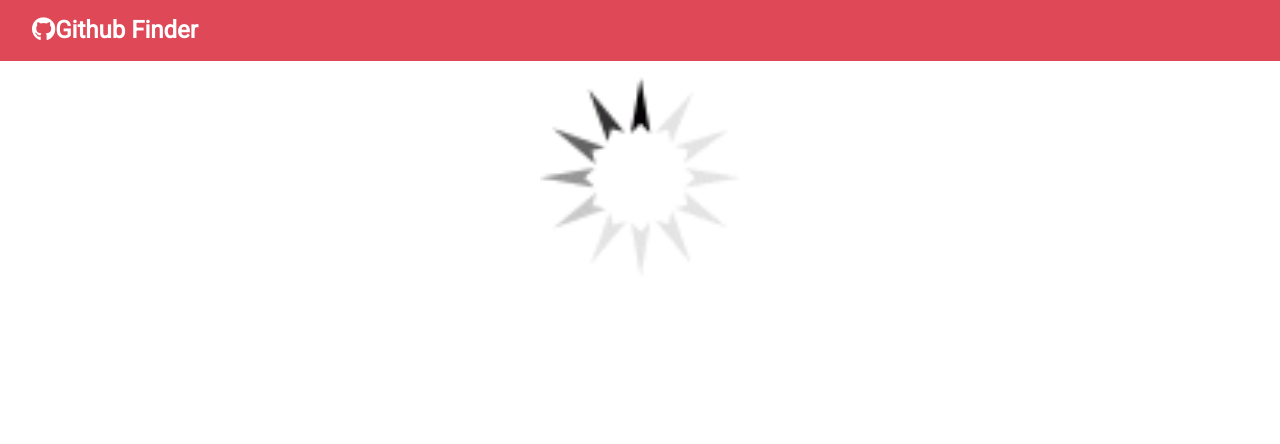
Repository: MANUCHANDRAN94/Github-Finder-React-
Page: /
The author's editor kept a copy of each file at every save. The page is drawn from the files as they stood at one save, then again after the next save.
The browser window is 1280 px wide. The pictures show the whole page.
The page's requests for data from a server got no answer. Some web libraries are served in a nearby version. The project was rebuilt for these pictures with package versions that can differ from the ones it lists, and the page was loaded fresh each time. No one was signed in, and anything a server would have sent is missing. Also part of the build but not shown: src/components/users/UserItem.js.

Above is the page before, as saved 2020-10-12 07:31:43.

After the next save:
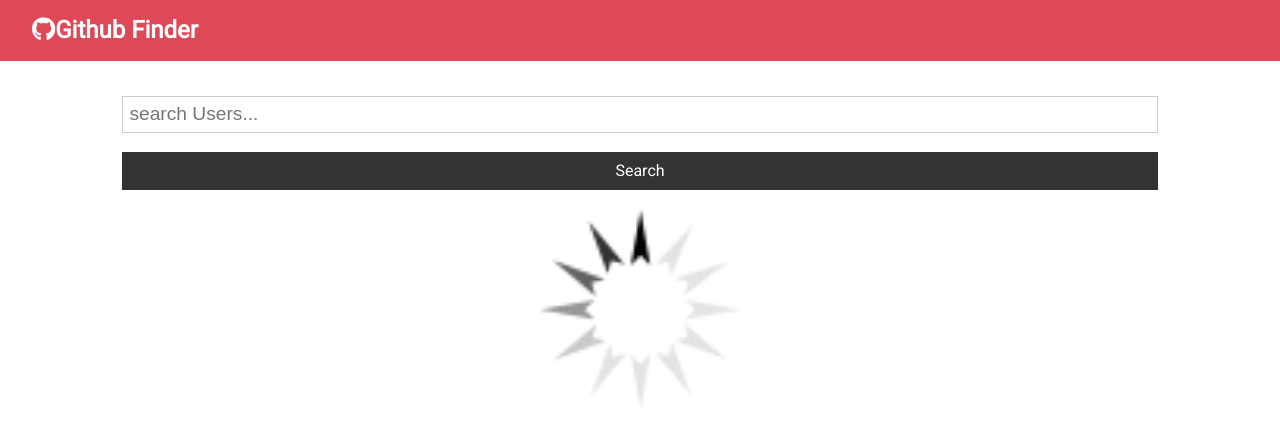
Saved 48 s later.
--- a/src/App.js
+++ b/src/App.js
@@ -2,6 +2,7 @@ import Axios from "axios";
 import React, { Component } from "react";
 import "./App.css";
 import Navbar from "./components/layout/Navbar";
+import Search from "./components/users/Search";
 import Users from "./components/users/Users";
 
 class App extends Component {
@@ -23,6 +24,7 @@ class App extends Component {
       <div className='App'>
         <Navbar />
         <div className='container'>
+          <Search />
           <Users loading={loading} users={users} />
         </div>
       </div>
